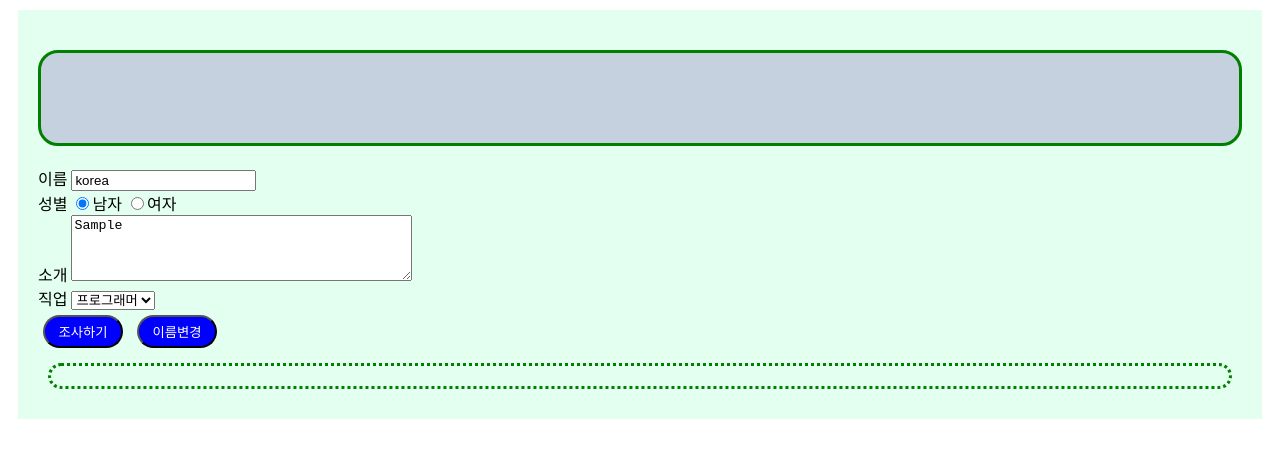
Repository: ypyp0205/jquery
Page: jqpro/WebContent/0213/form_val.html
The author's editor kept a copy of each file at every save. The page is drawn from the files as they stood at one save, then again after the next save.
The browser window is 1280 px wide. The pictures show the whole page.
Empty fields were first filled with sample values (such as "Sample", 5 or name@example.com).
After loading, the first visible `#btnview` was clicked once.

Above is the page before, as saved 2020-02-13 05:14:22.

After the next save:
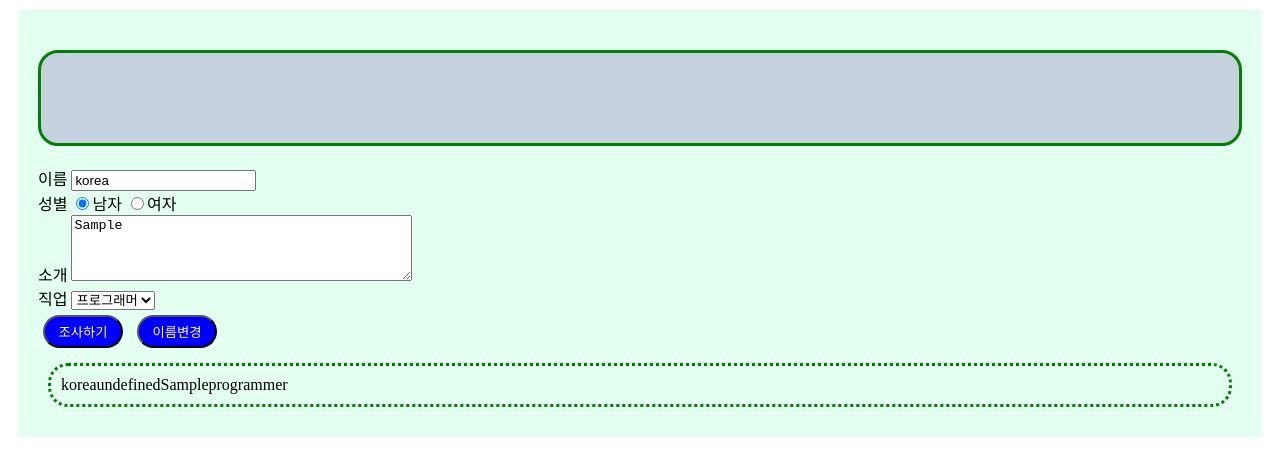
Saved 39 s later.
--- a/jqpro/WebContent/0213/form_val.html
+++ b/jqpro/WebContent/0213/form_val.html
@@ -18,7 +18,7 @@
 				str += $('#intro').val();
 				str += $('#work').val();
 
-				$('#result1').val(str);
+				$('#result1').html(str);
 
 
 
